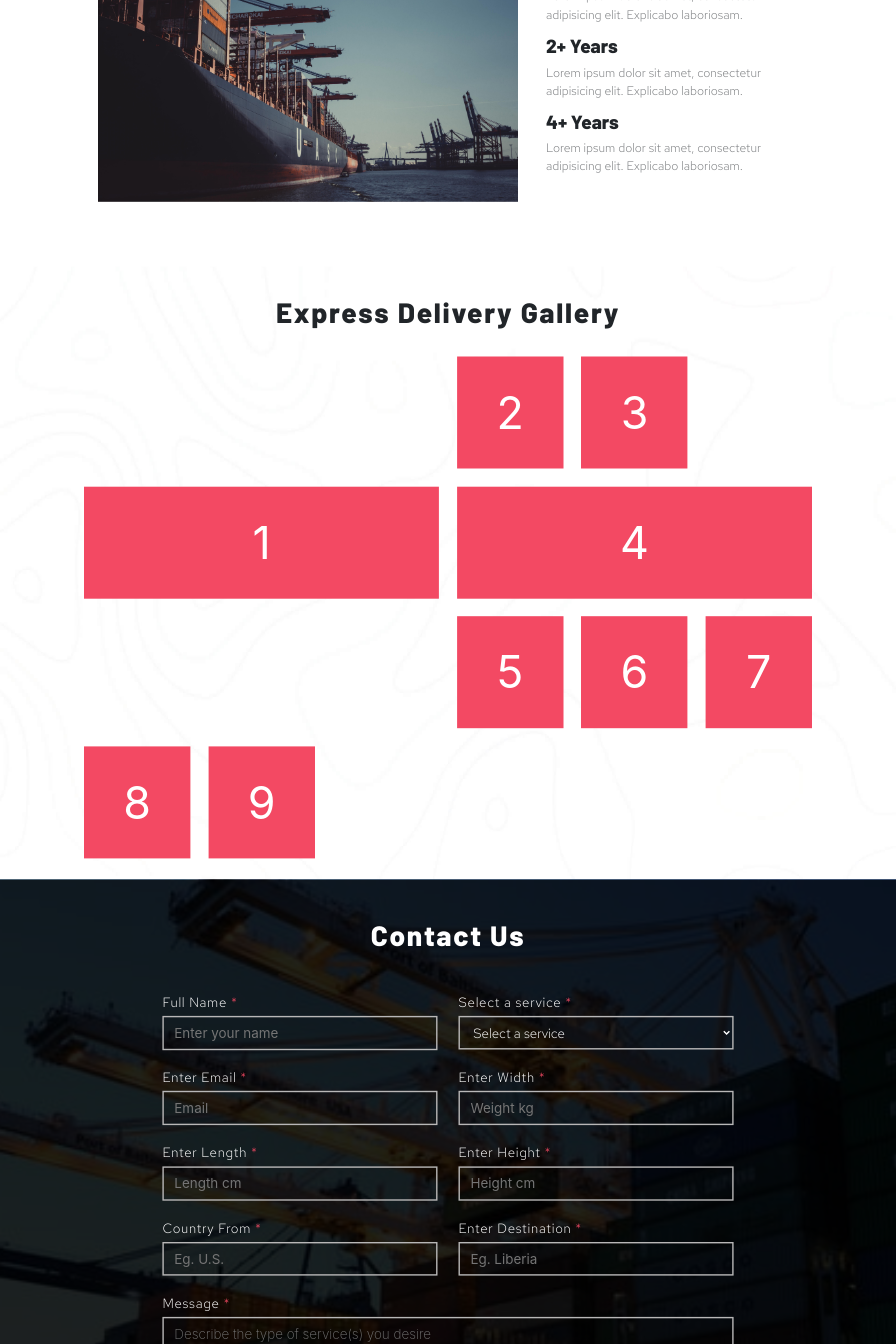
Repository: just-mann/express-delivery
Page: index.html
The author's editor kept a copy of each file at every save. The page is drawn from the files as they stood at one save, then again after the next save.
The browser window is 1280 px wide. The pictures show the part of the page from y = 2396 to 4316 px (the page is 5558 px tall), at 70% of full size.
Some web libraries are served in a nearby version. The style sheet was rebuilt from its Sass, Less or Tailwind sources for each picture, by a compiler version that may differ from the author's.

Above is the page before, as saved 2021-07-08 01:43:32.

After the next save:
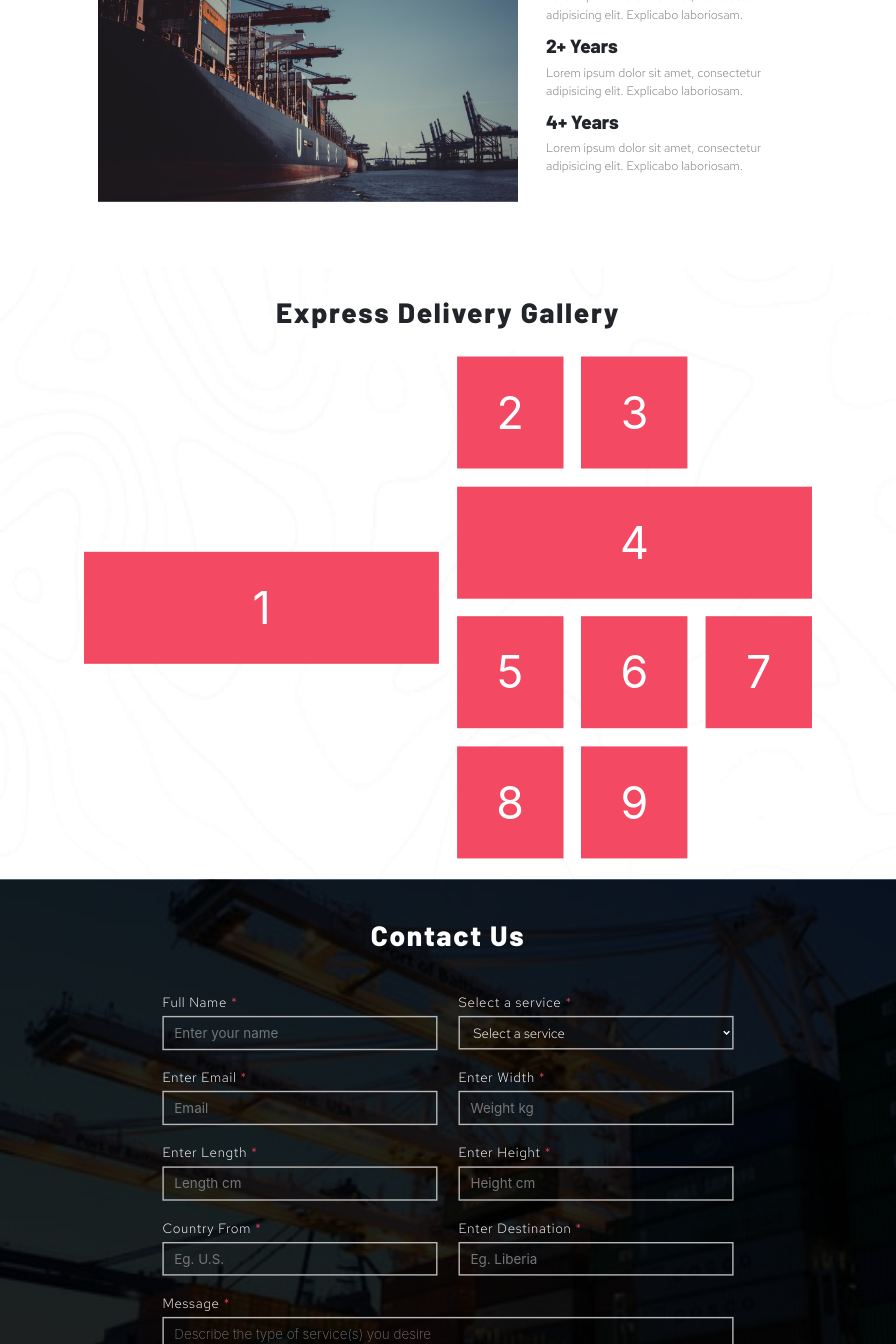
Saved 8 s later.
--- a/Sass/style.scss
+++ b/Sass/style.scss
@@ -495,7 +495,7 @@ header {
 
             &:nth-child(1) {
                 grid-column: span 3;
-                grid-row: 1 / span 3;
+                grid-row: 1 / span 4;
             }
 
             &:nth-child(4) {
